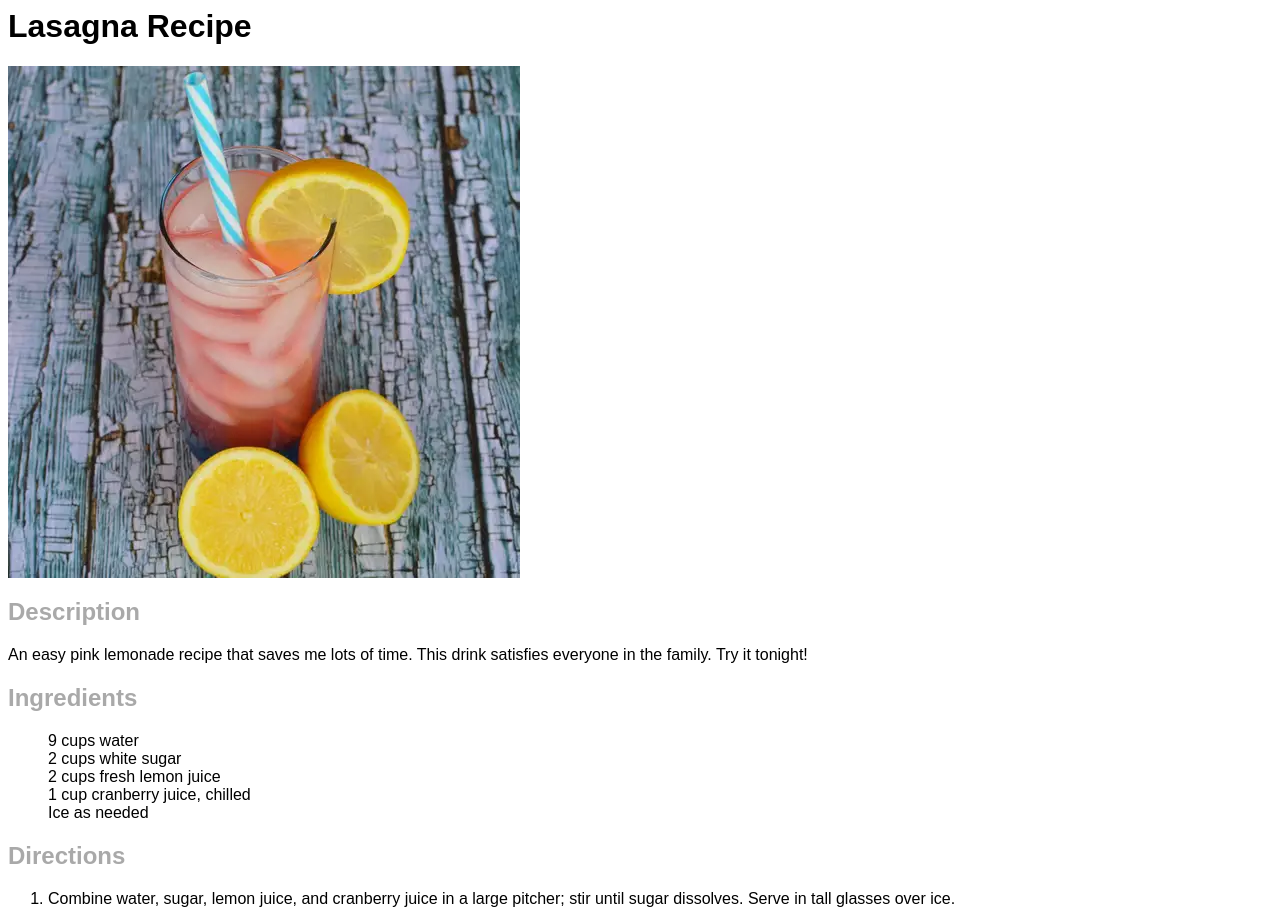
Repository: rsoetydev/odin-recipes
Page: recipes/pinklemonade.html
The author's editor kept a copy of each file at every save. The page is drawn from the files as they stood at one save, then again after the next save.
The browser window is 1280 px wide. The pictures show the whole page.

Above is the page before, as saved 2023-11-25 12:02:45.

### recipes/pinklemonade.html
<link rel="stylesheet" href="style.css">

<h1>Lasagna Recipe</h1>
<img src="./images/pinklemonade.webp" alt="Pink Lemonade Picture">

<h2>Description</h2>
<p>An easy pink lemonade recipe that saves me lots of time. This drink satisfies everyone in the family. Try it tonight!</p>

<h2>Ingredients</h2>
<ul>
    <li>9 cups water</li>
    <li>2 cups white sugar</li>
    <li>2 cups fresh lemon juice</li>
    <li>1 cup cranberry juice, chilled</li>
    <li>Ice as needed</li>
</ul>

<h2>Directions</h2>
<ol>
    <li>Combine water, sugar, lemon juice, and cranberry juice in a large pitcher; stir until sugar dissolves. Serve in tall glasses over ice.</li>
</ol>

### style.css
* {
    font-family: sans-serif;
}

ul {
    list-style-type: none;
}

h1 {
    color: Black;
}

h2 {
    color: darkgray;
}

After the next save:
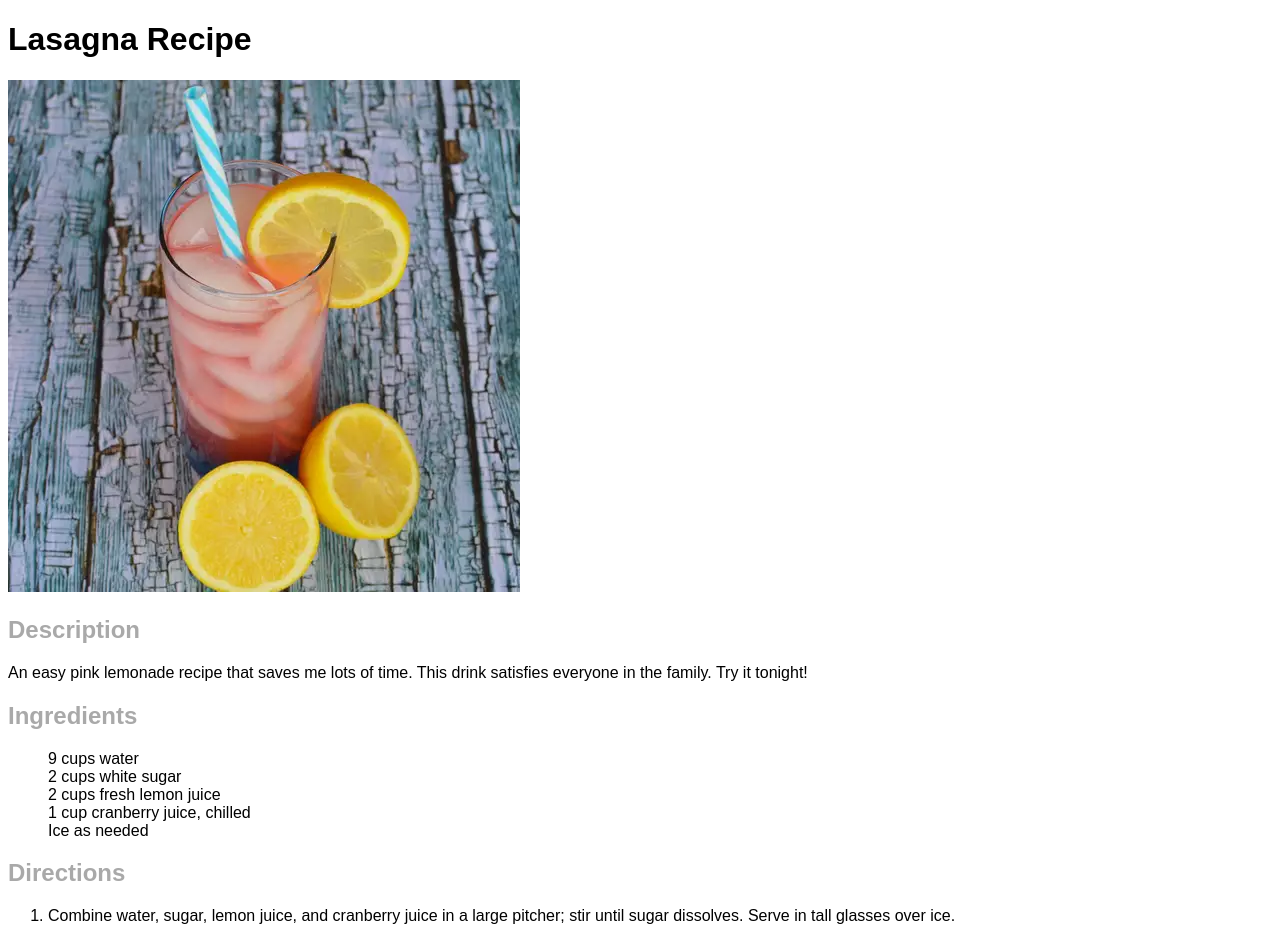
Saved 37 s later.
--- a/recipes/pinklemonade.html
+++ b/recipes/pinklemonade.html
@@ -1,6 +1,13 @@
-<link rel="stylesheet" href="style.css">
-
-<h1>Lasagna Recipe</h1>
+<!DOCTYPE html>
+<html lang="en">
+<head>
+    <meta charset="UTF-8">
+    <meta name="viewport" content="width=device-width, initial-scale=1.0">
+    <title>Pink Lemonade Recipe</title>
+    <link rel="stylesheet" href="../style.css">
+</head>
+<body>
+    <h1>Lasagna Recipe</h1>
 <img src="./images/pinklemonade.webp" alt="Pink Lemonade Picture">
 
 <h2>Description</h2>
@@ -19,3 +26,5 @@
 <ol>
     <li>Combine water, sugar, lemon juice, and cranberry juice in a large pitcher; stir until sugar dissolves. Serve in tall glasses over ice.</li>
 </ol>
+</body>
+</html>
